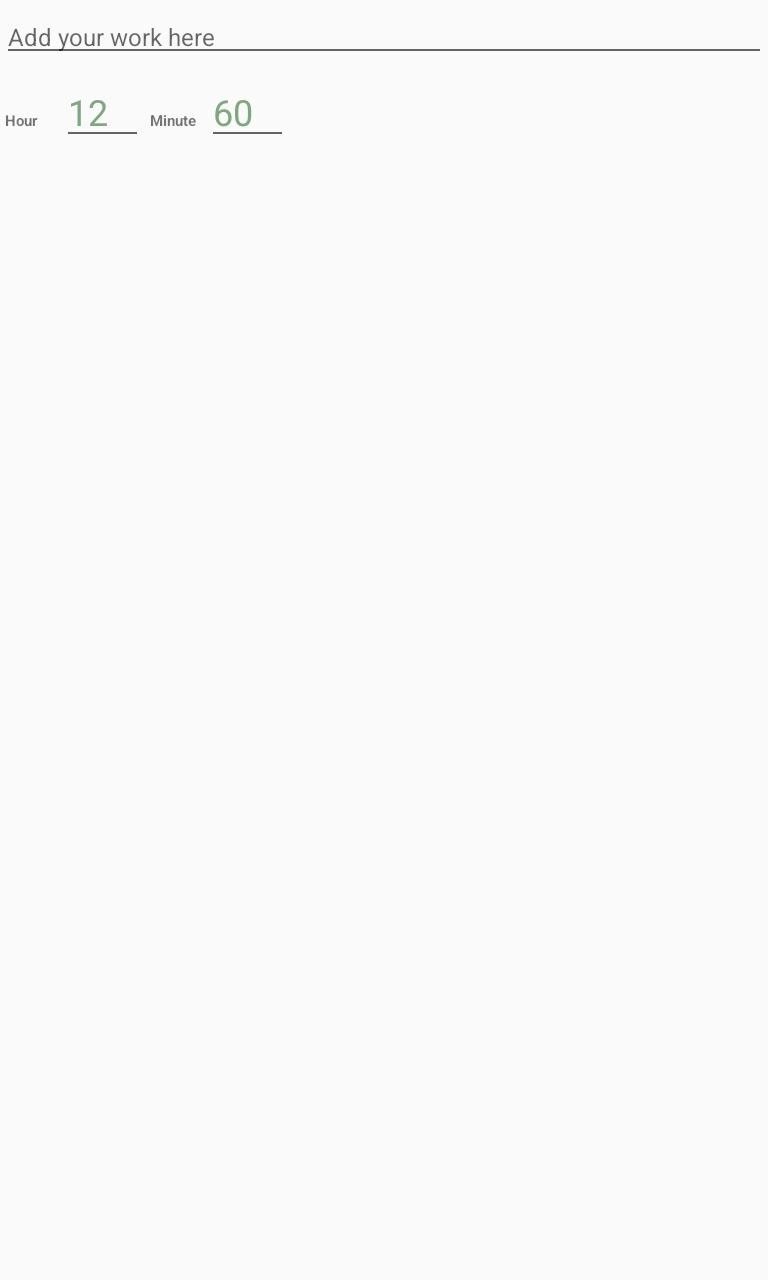
Repository: teamEIT/Android
Layout: workspace/Layout/res/layout/activity_main.xml
These files come from the project's save history. The layout is drawn as it stood at one moment and after the next save; the edit follows.
It is drawn on a 768 x 1280 px phone screen (xhdpi) without system bars, with theme AppTheme; the app's code is not run.

Above is the layout before, as saved 2014-08-18 02:54:49.

After the next save:
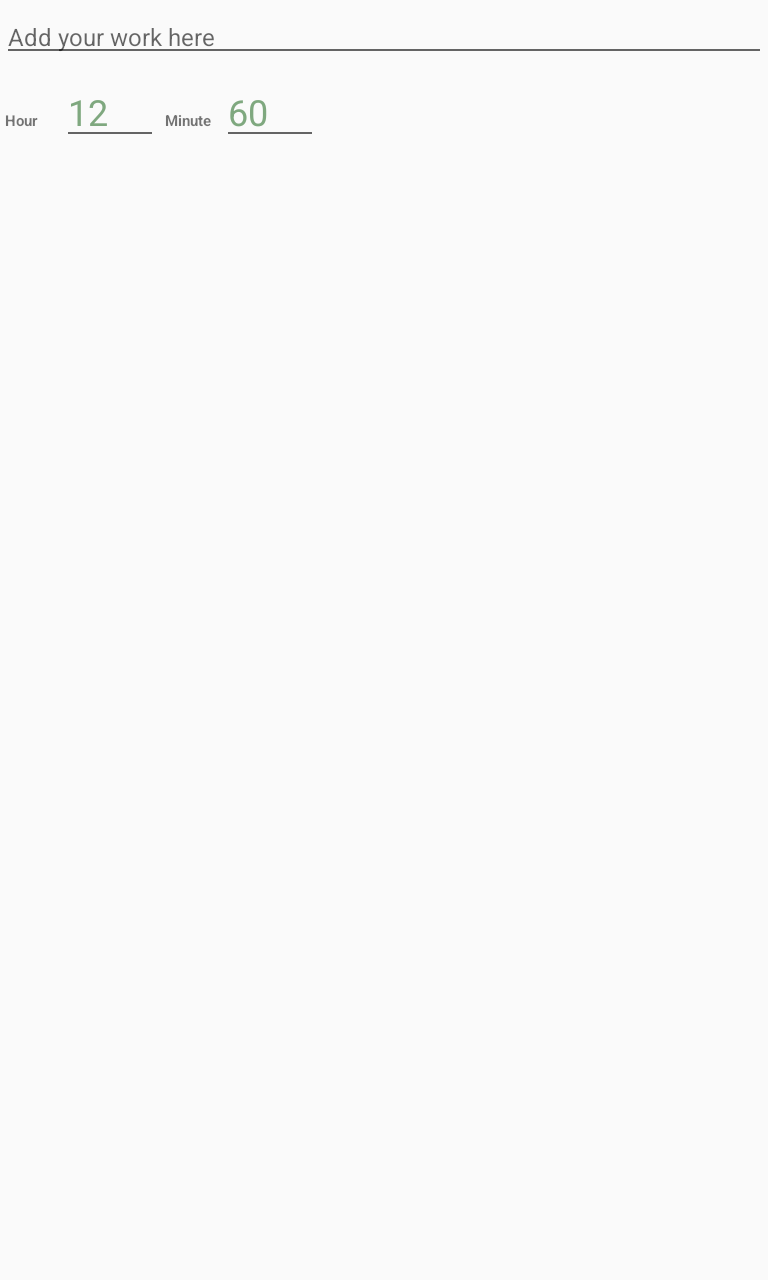
Saved 5 min 15 s later.
--- a/workspace/Layout/res/layout/activity_main.xml
+++ b/workspace/Layout/res/layout/activity_main.xml
@@ -30,7 +30,7 @@
 	    />
 	    <EditText
 	    	android:id="@+id/hourEdit"
-	    	android:layout_width="85px"
+	    	android:layout_width="100px"
 	    	android:layout_height="wrap_content"
 	    	android:hint="12"
 	    	android:textColorHint="@color/abc_search_url_text_normal"
@@ -46,7 +46,7 @@
 	    />
 	    <EditText
 	    	android:id="@+id/minuteEdit"
-	    	android:layout_width="85px"
+	    	android:layout_width="100px"
 	    	android:layout_height="wrap_content"
 	    	android:hint="60"
 	    	android:textColorHint="@color/abc_search_url_text_normal"
